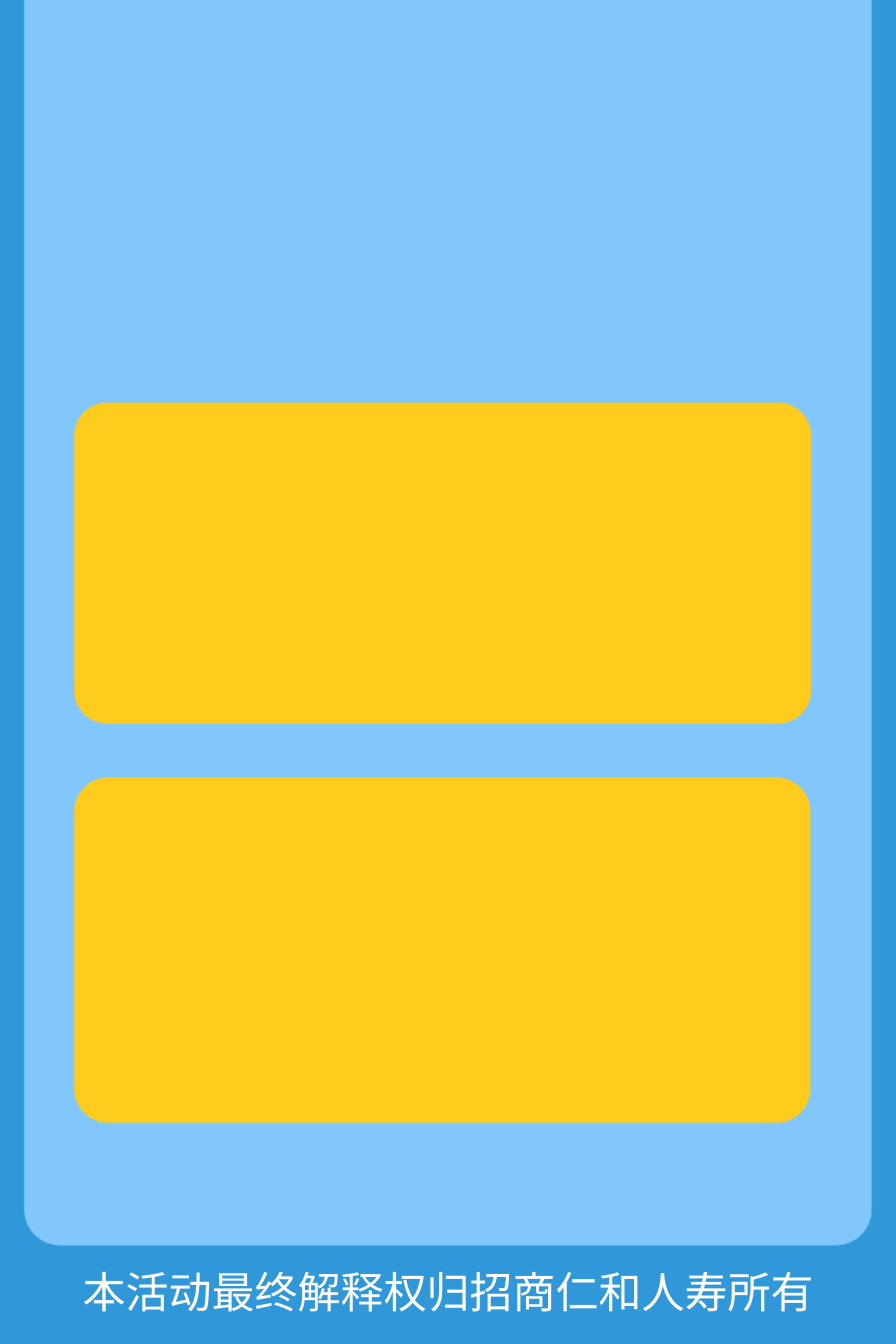
Repository: my-name-jun/enforceTraining
Page: zqtjfl/index.html
An editor plug-in stored every save of this project. The page is shown before and after the next save, followed by the edit.
The browser window is 1280 px wide. The pictures show the part of the page from y = 770 to 2690 px (the page is 2690 px tall before and 2661 px after), at 70% of full size.
The page's requests for data from a server got no answer.

Above is the page before, as saved 2018-09-19 14:16:59.

### zqtjfl/index.html
<!DOCTYPE html>
<html lang="en">

<head>
    <meta name="viewport" content="width=device-width, initial-scale=1.0, minimum-scale=1.0, maximum-scale=1.0, user-scalable=no">
    <meta name="format-detection" content="telephone=no" />
    <meta name="apple-mobile-web-app-capable" content="yes" />
    <meta name="apple-mobile-web-app-status-bar-style" content="black" />
    <meta http-equiv="Content-Type" content="text/html; charset=UTF-8">
    <meta charset="UTF-8">
    <title>中秋体检福利</title>
    <link rel="stylesheet" href="./css/index.css" />
    <script src="./js/refreshFS.js"></script>
</head>

<body>

    <div class="main_container">

    </div>
    <div class="footer">本活动最终解释权归招商仁和人寿所有</div>

</body>
<script src="./js/jquery.min.js"></script>
<script src="./js/index.js"></script>

</html>

### zqtjfl/css/index.css
body{
    margin: 0;
    padding: 0;
    background: #3098d8;
    padding:2.67%;
}
*{
    box-sizing: border-box;
}
.main_container{
    width: 100%;
    height: 0;
    background: url("../images/midautumn-12.png") no-repeat;
    background-size: 100% auto;
    padding-bottom: 209%;
}
.footer{
    color: #ffffff;
    font-size: 1.8rem;
    text-align: center;
}

### zqtjfl/js/refreshFS.js
/**
 * Created by gthowe on 17/3/20.
 */
/**
 * 基于iphone375宽度的基准做制作，把body的font-size按比例设置成约等于10px
 * 设置字体大小用单位em  1em=10px,1.4em=14px....以此类推
 * @type {string}
 */
// document.getElementsByTagName("body")[0].style.fontSize = document.body.clientWidth / 37.5 + 'px';

document.documentElement.style.fontSize = document.documentElement.clientWidth / 37.5 + 'px';

### zqtjfl/js/index.js
$(document).ready(function(){


    var img_content_width = $("#banner_container a").outerWidth();
    var img_num = $("#banner_container a").length;
    var banner_content_width = img_content_width * img_num +20;
    if(img_num<2){
    }else{
        $('#banner_container').css("width",banner_content_width + "px");
    }

    function getActivityInfo() {
        $.ajax({
            //提交数据的类型 POST GET
            type: "GET",
            //提交的网址
            url: "/service/gdApp/getActivityInfo",
            //提交的数据
            headers: { 'Content-Type': 'application/x-www-form-urlencoded' },
            //在请求之前调用的函数
            beforeSend: function () {  },
            //成功返回之后调用的函数
            success: function (data) {
                if(data.statusCode == 1){
                    $('#lastNum').text(data.data.lastNumber);
                }
            },
            //调用执行后调用的函数
            complete: function (XMLHttpRequest, textStatus) {
            },
            //调用出错执行的函数
            error: function () {
                //请求出错处理
            }
        });
    }
    getActivityInfo();
});

Loaded but not shown: zqtjfl/js/jquery.min.js (library)

After the next save:
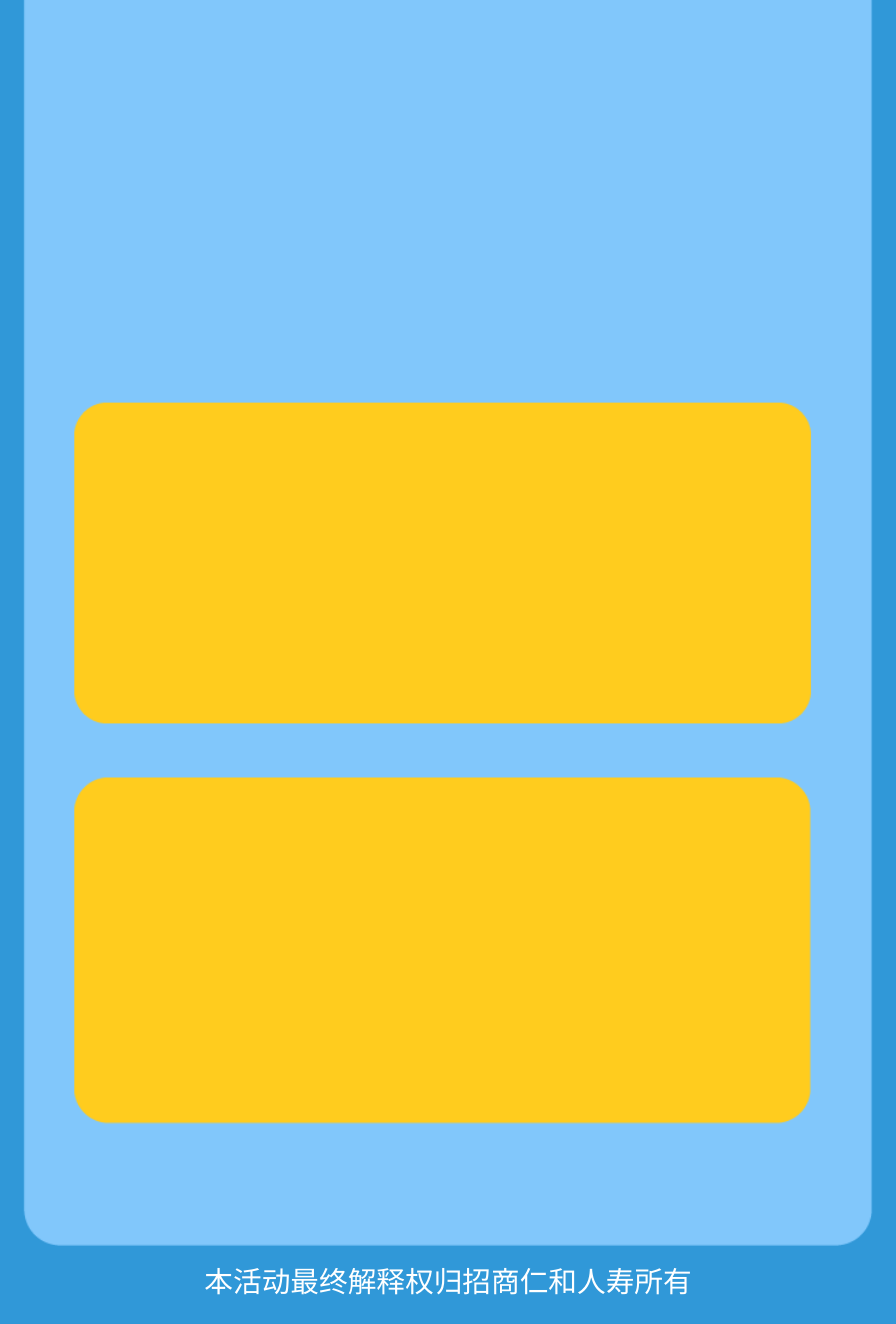
Saved 4 s later.
--- a/zqtjfl/css/index.css
+++ b/zqtjfl/css/index.css
@@ -16,6 +16,6 @@
 }
 .footer{
     color: #ffffff;
-    font-size: 1.8rem;
+    font-size: 1.2rem;
     text-align: center;
 }
